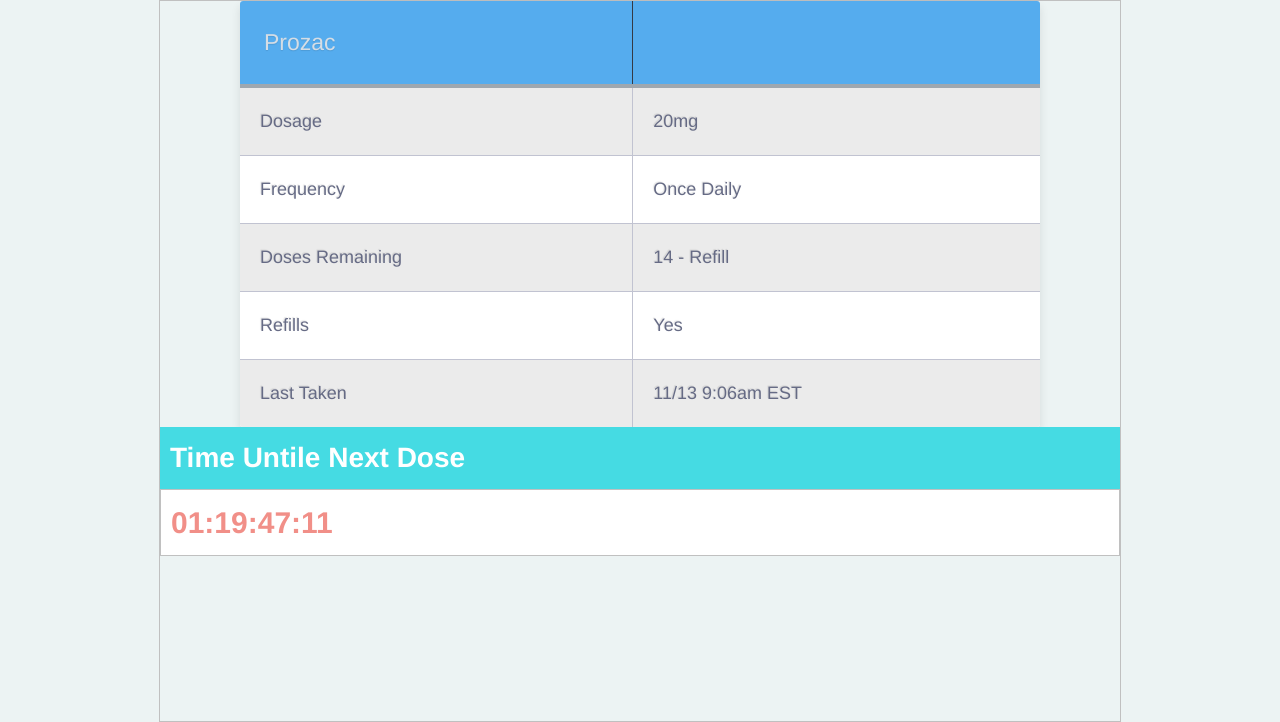
Repository: TheRobotCarlson/MedCheck
Page: workspace/ProzacDoc.html
The author's editor kept a record of every edit. The page is drawn from the files as they stood at one moment, then again after the next edit.
The browser window is 1280 px wide. The pictures show the whole page.
Some web libraries are served in a nearby version.

Above is the page before.

### workspace/ProzacDoc.html
<!DOCTYPE html>



<html>



<head>
	<meta charset="utf-8" />
	<title>Table Style</title>
	<meta name="viewport" content="initial-scale=1.0; maximum-scale=1.0; width=device-width;">
	<link rel="stylesheet" href="medcheck.css">
	<script src="https://ajax.googleapis.com/ajax/libs/jquery/3.1.1/jquery.min.js"></script>
  <script type="text/javascript" src="medcheck.js"></script>
</head>
<body>
<div class="table-title">
</div>
<table class="table-fill">
<thead>
<tr>
<th class="text-left">Prozac</th>
<th class="text-left"></th>
</tr>
</thead>
<tbody class="table-hover">
<tr>
<td class="text-left">Dosage</td>
<td class="text-left">20mg</td>
</tr>
<tr>
<td class="text-left">Frequency</td>
<td class="text-left">Once Daily</td>
</tr>
<tr>
<td class="text-left">Doses Remaining</td>
<td class="text-left">14 - Refill</td>
</tr>
<tr>
<td class="text-left">Refills</td>
<td class="text-left">Yes</td>
</tr>
<tr>
<td class="text-left">Last Taken</td>
<td class="text-left">11/13 9:06am EST</td>
</tr>
</tbody>
</table>


  </body>
  <div class="container">
  <div class="row">
    <div class="col-md-6 col-md-push-3">
      <div class="timer-container text-center">
        <div class="counter-title">
          <h2><i class="glyphicon glyphicon-time clock"></i> Time Untile Next Dose
              </h2>
        </div>
        <div class="clock-container">
          <span id="timer" class="timer"></span>
        </div>
      </div>
    </div>
  </div>
</div>

</html>

### workspace/medcheck.css
.tabs {
  display: flex;
  flex-wrap: wrap; // make sure it wraps
}
.tabs label {
  order: 1; // Put the labels first
  display: block;
  padding: 1rem 2rem;
  margin-right: 0.2rem;
  cursor: pointer;
  background: #90CAF9;

  font-weight: bold;
  transition: background ease 0.2s;
  border: 1px solid #C0C0C0;
}
.tabs .tab {
  order: 99; // Put the tabs last
  flex-grow: 1;
  width: 100%;
  display: none;
  padding: 1rem;
  background: #fff;
  border: 1px solid #C0C0C0;
}
.tabs input[type="radio"] {
  position: absolute;
  opacity: 0;
  border: 1px solid #45DBE3;
}
.tabs input[type="radio"]:checked + label {
  background: #fff;
  border: 1px solid #C0C0C0;
}
.tabs input[type="radio"]:checked + label + .tab {
  display: block;
  border: 1px solid #C0C0C0;
}

@media (max-width: 45em) {
  .tabs .tab,
  .tabs label {
    order: initial;
    border: 1px solid #C0C0C0 ;

  }
  .tabs label {
    width: 100%;
    margin-right: 0;
    margin-top: 0.2rem;
    border: 1px solid #C0C0C0 ;

  }
}

/**
 * Generic Styling
*/
body {
   background: #ECF3F3

  padding: 10vw;
  font-family: "HelveticaNeue-Light", "Helvetica Neue Light", "Helvetica Neue", Helvetica, Arial, "Lucida Grande", sans-serif;
  min-height: 100vh;
  font-weight: 300;
  line-height: 1.5;
  max-width: 60rem;
  margin: 0 auto;
  font-size: 112%;
  border: 1px solid #C0C0C0;

}

.timer-container {
  margin-top: 0px;
}

.counter-title h2 {
  background: #45DBE3;
  color: #fff;
  font-size: 28px;
  font-weight: 600;
  margin: 0;
  padding: 10px;
}

.clock-container {
  background: #fff;
  border: 1px solid #C0C0C0;
  color: #f18f88; /*Countdown numbers */
  font-size: 30px;
  font-weight: 600;
  padding: 10px;
  min-height: 45px;
  min-width: 590px;
}

.clock {
  float: left;
}


.link {
  text-decoration: none;
  color: #55acee;
  border-bottom: 2px dotted #55acee;
  transition: .3s;
  -webkit-transition: .3s;
  -moz-transition: .3s;
  -o-transition: .3s;
  cursor: url(http://cur.cursors-4u.net/symbols/sym-1/sym46.cur), auto;
}

.link:hover {
  color: #2ecc71;
  border-bottom: 2px dotted #2ecc71;
}

/* button div */
#buttons {
  padding-top: 0px;
  text-align: center;
}

/* start da css for da buttons */
.btn {
  border-radius: 5px;
  padding: 10px 150px;
  font-size: 22px;
  text-decoration: none;
  margin: 10px;
  color: #fff;
  position: relative;
  display: inline-block;
  width:200px;
}

.btn:active {
  transform: translate(0px, 5px);
  -webkit-transform: translate(0px, 5px);
  box-shadow: 0px 1px 0px 0px;
}

.blue {
  background-color: #55acee;
  box-shadow: 0px 5px 0px 0px #3C93D5;
}

.blue:hover {
  background-color: #6FC6FF;
}

.green {
  background-color: #2ecc71;
  box-shadow: 0px 5px 0px 0px #15B358;
}

.green:hover {
  background-color: #48E68B;
}

.red {
  background-color: #e74c3c;
  box-shadow: 0px 5px 0px 0px #CE3323;
}

.red:hover {
  background-color: #FF6656;
}

.purple {
  background-color: #9b59b6;
  box-shadow: 0px 5px 0px 0px #82409D;
}

.purple:hover {
  background-color: #B573D0;
}

.orange {
  background-color: #e67e22;
  box-shadow: 0px 5px 0px 0px #CD6509;
}

.orange:hover {
  background-color: #FF983C;
}

.yellow {
  background-color: #f1c40f;
  box-shadow: 0px 5px 0px 0px #D8AB00;
}

.yellow:hover {
  background-color: #FFDE29;
}



html, body { width: 100%; height: 100%; background: #ECF3F3 }

form
{
  display: block;
  margin: 100px auto;
  width: 950px;
  overflow: hidden;
  background: #FFF;
  border: 1px solid #E4E4E4;
  border-radius: 5px;
  font-size: 0;
}

form > div
{
  display: inline-block;
  width: 100%;
}

form > div > label
{
  display: block;
  padding: 20px 20px 10px;
  vertical-align: top;
  font-family: Source Sans Pro, Arial, sans-serif;
  font-size: 14px;
  font-weight: 600;
  text-transform: uppercase;
  color: #939393;
  cursor: pointer;
}

form > div.col-2, form > div.col-3, form > div.col-4 { box-shadow: 1px 1px #E4E4E4 }

form > div.col-2 { width: 50% }
form > div.col-3 { width: 33.3333333333% }
form > div.col-4 { width: 25% }

form > div > label > input
{
  display: inline-block;
  position: relative;
  width: 100%;
  height: 27px;
  line-height: 27px;
  margin: 5px -5px 0;
  padding: 7px 5px 3px;
  border: none;
  outline: none;
  border-radius: 3px;
  font-size: 14px;
  font-weight: 200;
  opacity: .66;
  transition: opacity .3s, box-shadow .3s;
}

form > div > label > select
{
  display: block;
  width: 100%;
  margin: 16px 0 6px;
  padding: 0;
  border: none;
  outline: none;
  font-size: 14px;
  font-weight: 200;
  opacity: .33;
}

form > div > label > input:focus, form > div > label > select:focus
{
  opacity: 1;
  box-shadow: 0 3px 4px rgba(0, 0, 0, .15);
}



/*** Table Styles **/

.table-fill {
  background: white;
  border-radius:3px;
  border-collapse: collapse;
  height: 320px;
  margin: auto;
  max-width: 800px;
  padding:5px;
  width: 100%;
  box-shadow: 0 5px 10px rgba(0, 0, 0, 0.1);
  animation: float 5s infinite;
}

th {
  color:#D5DDE5;;
  background:#55acee;
  border-bottom:4px solid #9ea7af;
  border-right: 1px solid #343a45;
  font-size:23px;
  font-weight: 100;
  padding:24px;
  text-align:left;
  text-shadow: 0 1px 1px rgba(0, 0, 0, 0.1);
  vertical-align:middle;
}

th:first-child {
  border-top-left-radius:3px;
}

th:last-child {
  border-top-right-radius:3px;
  border-right:none;
}

tr {
  border-top: 1px solid #C1C3D1;
  border-bottom-: 1px solid #C1C3D1;
  color:#666B85;
  font-size:16px;
  font-weight:normal;
  text-shadow: 0 1px 1px rgba(256, 256, 256, 0.1);
}

tr:hover td {
  background:#4E5066;
  color:#FFFFFF;
  border-top: 1px solid #22262e;
  border-bottom: 1px solid #22262e;
}

tr:first-child {
  border-top:none;
}

tr:last-child {
  border-bottom:none;
}

tr:nth-child(odd) td {
  background:#EBEBEB;
}

tr:nth-child(odd):hover td {
  background:#4E5066;
}

tr:last-child td:first-child {
  border-bottom-left-radius:3px;
}

tr:last-child td:last-child {
  border-bottom-right-radius:3px;
}

td {
  background:#FFFFFF;
  padding:20px;
  text-align:left;
  vertical-align:middle;
  font-weight:300;
  font-size:18px;
  text-shadow: -1px -1px 1px rgba(0, 0, 0, 0.1);
  border-right: 1px solid #C1C3D1;
}

td:last-child {
  border-right: 0px;
}

th.text-left {
  text-align: left;
}

th.text-center {
  text-align: center;
}

th.text-right {
  text-align: right;
}

td.text-left {
  text-align: left;
}

td.text-center {
  text-align: center;
}

td.text-right {
  text-align: right;
}

### workspace/medcheck.js
window.setInterval(countDown, 1000);

function countDown() {
  var now = new Date();
  var future = new Date("11/14/2016 09:00:00");
  var timeLeft = future - now;
  var milli = timeLeft;

  var seconds = milli / 1000;
  var minutes = seconds / 60;
  var hours = minutes / 60;
  var days = hours / 24;
  var spareSeconds = seconds % 60;
  var spareMinutes = minutes % 60;
  var spareHours = hours % 24;
  var spareDays = days % 365;

  minutes = parseInt(minutes);
  hours = parseInt(hours);
  days = parseInt(days);
  spareSeconds = parseInt(spareSeconds);
  spareMinutes = parseInt(spareMinutes);
  spareHours = parseInt(spareHours);
  spareDays = parseInt(spareDays);

  days = padNumber(days);
  hours = padNumber(hours);
  minutes = padNumber(minutes);
  spareSeconds = padNumber(spareSeconds);
  spareMinutes = padNumber(spareMinutes);
  spareHours = padNumber(spareHours);
  spareDays = padNumber(spareDays);

  timeLeft = spareDays + ":" + spareHours + ":" + spareMinutes + ":" + spareSeconds;
  var mySpan = document.getElementById("timer");
  mySpan.innerHTML = timeLeft;

  if (milli <= 0) { //Time's run out! If all values go to zero
    mySpan.innerHTML = "00:00:00";
  }
}

function padNumber(number) {
  if (number < 10) {
    number = "0" + number;
  }
  return number;
}

After the next edit:
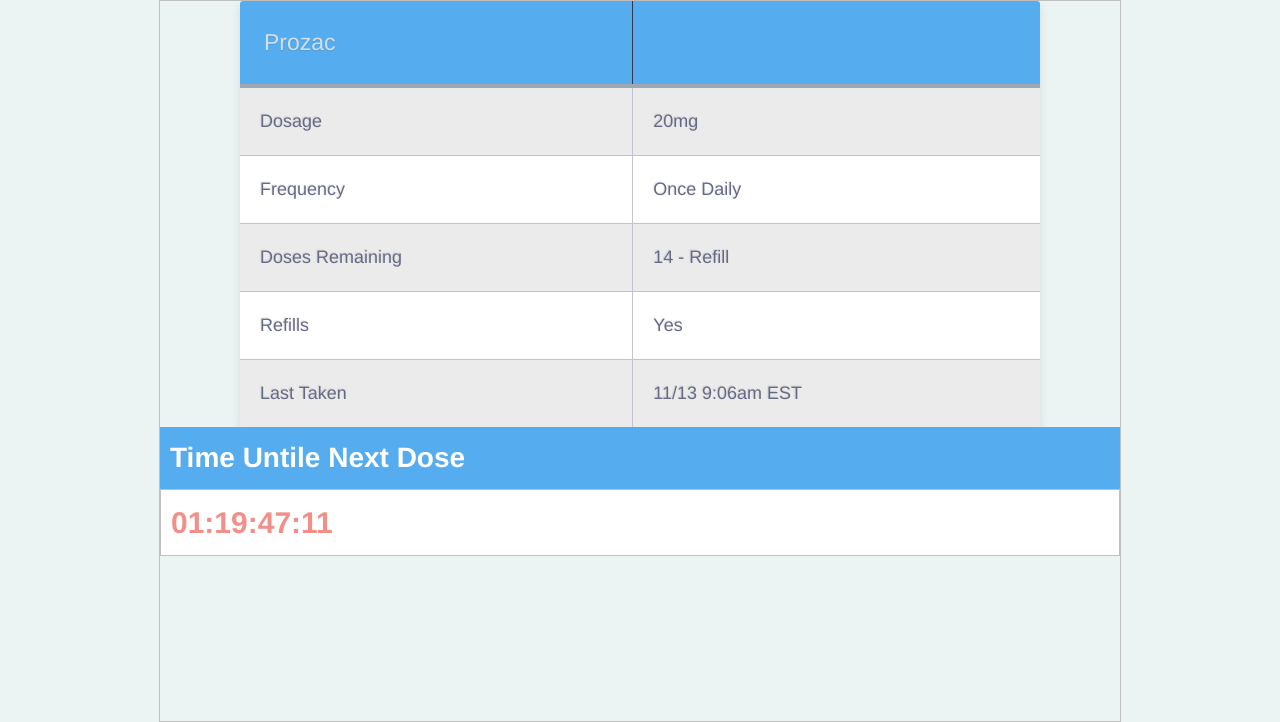
The edit:
--- a/workspace/medcheck.css
+++ b/workspace/medcheck.css
@@ -76,7 +76,7 @@
 }
 
 .counter-title h2 {
-  background: #45DBE3;
+  background: #55acee;
   color: #fff;
   font-size: 28px;
   font-weight: 600;
